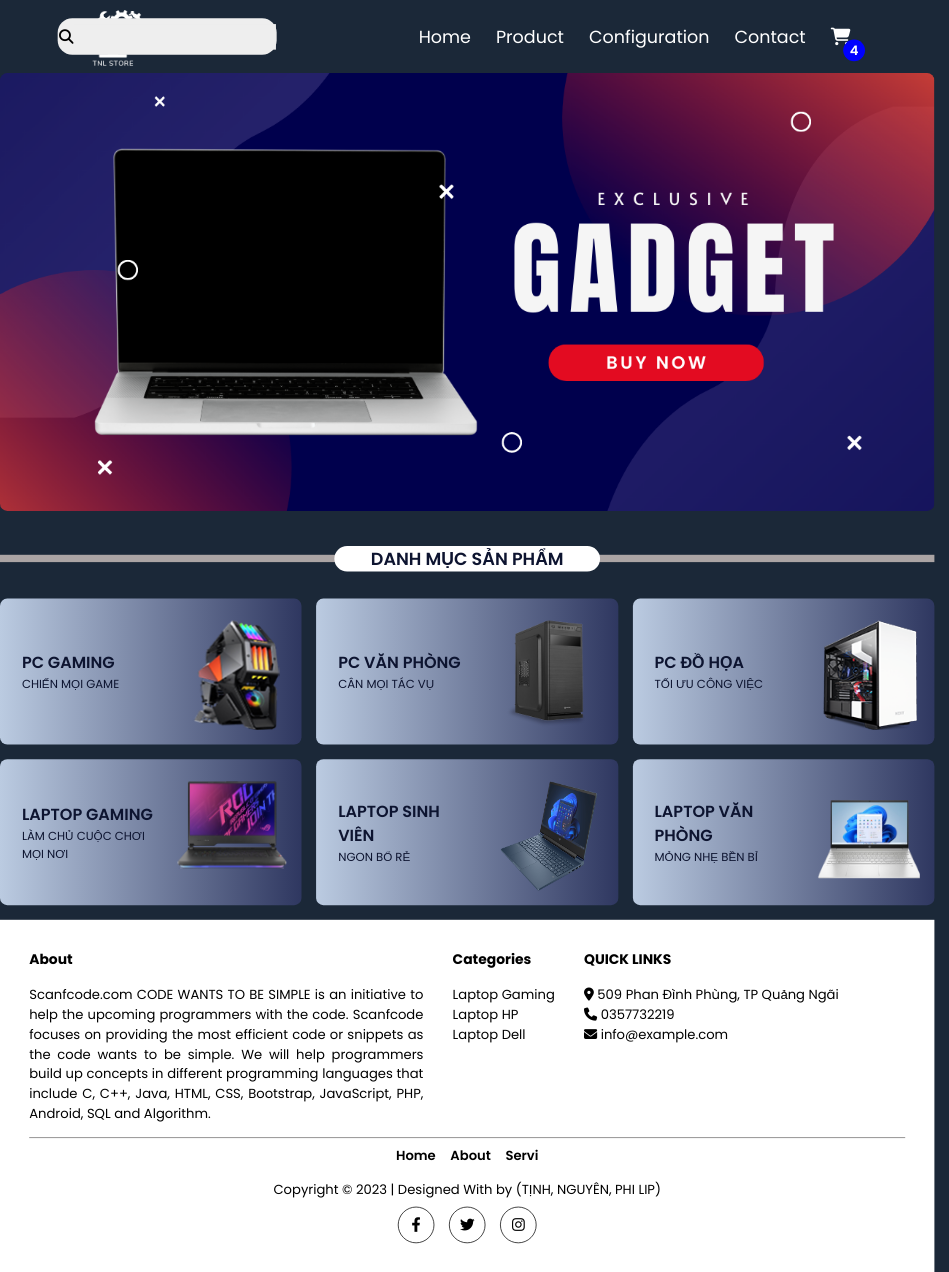
Repository: HPNChanel/DACS
Page: index.html
These files come from the project's save history. The page is drawn as it stood at one moment and after the next save; the edit follows.
The browser window is 1280 px wide. The page is 1300 px wide, so the pictures cover 1300 px, including what lies to the right of the window. The pictures show the whole page, at 73% of full size.

Above is the page before, as saved 2023-04-13 18:19:19.

### index.html
<!DOCTYPE html>
<html lang="en">
    <head>
        <meta charset="UTF-8" />
        <meta http-equiv="X-UA-Compatible" content="IE=edge" />
        <meta name="viewport" content="width=device-width, initial-scale=1.0" />
        <title>TNL Store</title>
        <link rel="stylesheet" href="./style/main.css" />
        <link rel="preconnect" href="https://fonts.googleapis.com" />
        <link rel="preconnect" href="https://fonts.gstatic.com" crossorigin />
        <link
            href="https://fonts.googleapis.com/css2?family=Poppins:ital,wght@0,100;0,200;0,300;0,400;0,500;0,600;0,700;1,100;1,200;1,300;1,400;1,500;1,700&display=swap"
            rel="stylesheet"
        />
        <link
            rel="stylesheet"
            href="https://cdnjs.cloudflare.com/ajax/libs/font-awesome/6.4.0/css/all.min.css"
            integrity="sha512-iecdLmaskl7CVkqkXNQ/ZH/XLlvWZOJyj7Yy7tcenmpD1ypASozpmT/E0iPtmFIB46ZmdtAc9eNBvH0H/ZpiBw=="
            crossorigin="anonymous"
            referrerpolicy="no-referrer"
        />
    </head>
    <body>
        <nav>
            <div class="nav-content">
                <div class="nav-logo">
                    <a href="">
                        <img
                            src="./image/Black Minimalist  Computer Service Logo (2)/5.png"
                            alt=""
                        />
                    </a>
                </div>
                <div class="nav-search">
                    <label for="nav-search">
                        <i class="fa fa-search"></i>
                        <input type="text" id="nav-search" />
                    </label>
                </div>
                <div class="nav-menu">
                    <a href="">Home</a>
                    <a href="">Product</a>
                    <a href="">Configuration</a>
                    <a href="">Contact</a>
                    <a href=""><i class="fa-solid fa-cart-shopping"></i></a>
                </div>
            </div>
        </nav>
        <main>
            <div class="slider">
                <div class="slides">
                    <input type="radio" name="radio-btn" id="radio1" />
                    <input type="radio" name="radio-btn" id="radio2" />
                    <input type="radio" name="radio-btn" id="radio3" />
                    <input type="radio" name="radio-btn" id="radio4" />

                    <div class="slide first">
                        <img src="./image/banner1.png" alt="" />
                    </div>
                    <div class="slide">
                        <img src="./image/banner2.png" alt="" />
                    </div>
                    <div class="slide">
                        <img src="./image/banner3.png" alt="" />
                    </div>
                    <div class="slide">
                        <img src="./image/banner4.png" alt="" />
                    </div>

                    <div class="navigation-auto">
                        <div class="auto-btn1"></div>
                        <div class="auto-btn2"></div>
                        <div class="auto-btn3"></div>
                        <div class="auto-btn4"></div>
                    </div>
                </div>

                <div class="navigation-manual">
                    <label for="radio1" class="munual-btn"></label>
                    <label for="radio2" class="munual-btn"></label>
                    <label for="radio3" class="munual-btn"></label>
                    <label for="radio4" class="munual-btn"></label>
                </div>
            </div>
            <!-- Block của content -->
            <div class="block">
                <div class="block-header">
                    <span class="block-header-title">DANH MỤC SẢN PHẨM</span>
                </div>
                <div class="block-content">
                    <a href="./pc-gaming.html">
                        <div class="text">PC Gaming</div>
                        <div class="text-sub">Chiến mọi game</div>
                        <img src="./image/cat_maytinh_v2.png" alt="" />
                    </a>
                    <a href="./pc-vanphong.html">
                        <div class="text">PC Văn Phòng</div>
                        <div class="text-sub">Cân mọi tác vụ</div>
                        <img src="./image/cat-vanphong.png" alt="" />
                    </a>
                    <a href="./pc-dohoa.html">
                        <div class="text">PC Đồ họa</div>
                        <div class="text-sub">Tối ưu công việc</div>
                        <img src="./image/cat_dohoa_v3.png" alt="" />
                    </a>
                    <a href="./laptop-gaming.html">
                        <div class="text">Laptop Gaming</div>
                        <div class="text-sub">Làm chủ cuộc chơi mọi nơi</div>
                        <img
                            src="./image/cat_ laptop_v2.png"
                            alt=""
                            class="height-image"
                        />
                    </a>
                    <a href="./laptop-sinhvien.html">
                        <div class="text">Laptop sinh viên</div>
                        <div class="text-sub">Ngon bổ rẻ</div>
                        <img src="./image/laptop_sinhvien.png" alt="" />
                    </a>
                    <a href="./laptop-vanphong.html">
                        <div class="text">Laptop Văn Phòng</div>
                        <div class="text-sub">Mỏng nhẹ bền bỉ</div>
                        <img src="./image/cat_laptop_hoctap_v2.png" alt="" />
                    </a>
                </div>
            </div>
        </main>
        <!-- footer -->
        <footer>
            <div class="footer-top">
                <div class="footer-about">
                    <h6>About</h6>
                    <p>
                        Scanfcode.com CODE WANTS TO BE SIMPLE is an initiative
                        to help the upcoming programmers with the code.
                        Scanfcode focuses on providing the most efficient code
                        or snippets as the code wants to be simple. We will help
                        programmers build up concepts in different programming
                        languages that include C, C++, Java, HTML, CSS,
                        Bootstrap, JavaScript, PHP, Android, SQL and Algorithm.
                    </p>
                </div>
                <div class="footer-categories">
                    <h6>Categories</h6>
                    <a href=""><p>Laptop Gaming</p></a>
                    <a href=""><p>Laptop HP</p></a>
                    <a href=""><p>Laptop Dell</p></a>
                </div>
                <div class="footer-quickLinks">
                    <h6>QUICK LINKS</h6>
                    <p>
                        <i class="fa-sharp fa-solid fa-location-dot"> </i> 509
                        Phan Đình Phùng, TP Quảng Ngãi
                    </p>
                    <p><i class="fa fa-phone"></i> 0357732219</p>
                    <p><i class="fa-solid fa-envelope"></i> info@example.com</p>
                </div>
            </div>
            <div class="footer-bottom">
                <div class="footer-nav">
                    <a href=""> <p>Home</p> </a>
                    <a href=""> <p>About</p> </a>
                    <a href=""> <p>Servi</p> </a>
                </div>
                <p>
                    Copyright © 2023 | Designed With by (TỊNH, NGUYÊN, PHI LIP)
                </p>
                <div class="footer-icon-about">
                    <a href="">
                        <i class="fa-brands fa-facebook-f"></i>
                    </a>
                    <a href="">
                        <i class="fa-brands fa-twitter"></i>
                    </a>
                    <a href="">
                        <i class="fa-brands fa-instagram"></i>
                    </a>
                </div>
            </div>
        </footer>
        <script src="main.js"></script>
    </body>
</html>

### style/main.css
* {
    margin: 0;
    padding: 0;
    box-sizing: border-box;
    list-style: none;
    text-decoration: none;
}
html {
    font-size: 62.5%;
}
body {
    font-family: "Poppins", sans-serif;
    font-size: 1.6rem;
    margin: 0 auto;
    width: 100vw;
    background-color: #1b2838;
}
/* NAV */
main {
    width: 1280px;
    margin: 0 auto;
    margin-top: 100px;
}
nav {
    width: 100vw;
    height: 100px;
    position: fixed;
    top: 0;
    left: 0;
    background-color: #1b2838;
    z-index: 2;
    display: flex;
    align-items: center;
}
.nav-content {
    width: 100%;
    display: flex;
    align-items: center;
    justify-content: space-between;
    margin: 0 100px;
}
.nav-logo {
    width: 100px;
    height: 100px;
    object-fit: cover;
}
.nav-logo img {
    width: 100%;
    height: 100%;
}
.nav-search label {
    display: flex;
    align-items: center;
    justify-content: center;
    width: 300px;
    height: 50px;
    background-color: #eee;
    border-radius: 20px;
    cursor: pointer;
    margin-left: -300px;
}
.nav-search i {
    font-size: 20px;
}
.nav-search input {
    padding: 5px 30px 5px 15px;
    outline: none;
    background-color: inherit;
    border: none;
    font-size: 18px;
    line-height: 25px;
}
.nav-menu a {
    font-size: 24px;
    color: white;
    margin: 0 15px;
}
.nav-menu a:not(:last-child):hover {
    border-bottom: 3px solid #eee;
}
.nav-menu a:nth-child(5) {
    position: relative;
}
.nav-menu a:nth-child(5)::before {
    content: "4";
    position: absolute;
    top: 20px;
    right: -20px;
    font-size: 18px;
    font-weight: 600;
    width: 30px;
    height: 30px;
    color: white;
    background-color: blue;
    border-radius: 50%;
    display: flex;
    justify-content: center;
    align-items: center;
}
/* END NAV */
.slider {
    width: 1280px;
    height: 60rem;
    border-radius: 10px;
    overflow: hidden;
}
.slides {
    width: 500%;
    height: 50rem;
    display: flex;
}
.slides input {
    display: none;
}
.slide {
    width: 20%;
    transition: 2s;
}
.slide img {
    width: 1280px;
    height: 600px;
}

.navigation-manual {
    position: absolute;
    width: 1280px;
    display: flex;
    justify-content: center;
    margin-top: 40px;
}
.munual-btn {
    border: 2px solid var(--slide-background-color);
    padding: 5px;
    border-radius: 10px;
    cursor: pointer;
    transition: 1s;
}
.munual-btn:not(:last-child) {
    margin-right: 10px;
}
.munual-btn:hover {
    background-color: var(--slide-background-color);
}

#radio1:checked ~ .first {
    margin-left: 0;
}
#radio2:checked ~ .first {
    margin-left: -20%;
}
#radio3:checked ~ .first {
    margin-left: -40%;
}
#radio4:checked ~ .first {
    margin-left: -60%;
}

.navigation-auto {
    position: absolute;
    display: flex;
    width: 1280px;
    justify-content: center;
    margin-top: 540px;
}
.navigation-auto div {
    border: 2px solid var(--slide-background-color);
    padding: 5px;
    border-radius: 10px;
    transition: 1s;
}
.navigation-auto div:not(:last-child) {
    margin-right: 10px;
}

#radio1:checked ~ .navigation-auto .auto-btn1 {
    background-color: var(--slide-background-color);
}
#radio2:checked ~ .navigation-auto .auto-btn2 {
    background-color: var(--slide-background-color);
}
#radio3:checked ~ .navigation-auto .auto-btn3 {
    background-color: var(--slide-background-color);
}
#radio4:checked ~ .navigation-auto .auto-btn4 {
    background-color: var(--slide-background-color);
}

.block {
    margin-top: 60px;
}
.block-header {
    display: flex;
    align-items: center;
    justify-content: center;
    background-color: #aba4a4;
    height: 10px;
}
.block-header-title {
    position: relative;
    padding-left: 50px;
    padding-right: 50px;
    background-color: white;
    font-weight: 600;
    border-radius: 30px;
    font-size: 2.4rem;
    color: #0d1430;
}
.block-content {
    margin-top: 50px;
    display: flex;
    flex-wrap: wrap;
    margin-right: -2rem;
}
.block-content a {
    width: calc(33.33% - 2rem);
    height: 20rem;
    display: flex;
    flex-direction: column;
    align-items: flex-start;
    justify-content: center;
    margin-right: 2rem;
    margin-bottom: 2rem;
    padding-left: 30px;
    background: linear-gradient(to right, #bbcbe1 0, #313965e4 100%);
    position: relative;
    border-radius: 10px;
}
.block-content .text,
.block-content .text-sub {
    text-transform: uppercase;
    color: #0d1430;
    width: 50%;
}
.block-content .text {
    font-weight: 600;
    font-size: 2.2rem;
}
.block-content img {
    position: absolute;
    top: 3rem;
    right: 2rem;
    width: 15rem;
    height: 15rem;
    /* box-shadow: 10px 10px 10px red; */
}
.block-content .height-image {
    height: 12rem;
}
.block-content a:hover {
    scale: 1.05;
    transition: all 0.2s ease-in-out;
    box-shadow: 0px 0 10px 5px #dce5f3;
}

/* Footer*/
footer {
    width: 100%;
    background-color: white;
    padding: 40px;
}
.footer-top {
    display: flex;
    color: black;
    font-size: 18px;
    border-bottom: 1px solid #6f6d6d;
    padding-bottom: 20px;
}
.footer-about {
    width: 45%;
    margin-right: 40px;
}
.footer-about p {
    text-align: justify;
}
h6 {
    font-size: 19px;
    font-weight: 700;
    margin-bottom: 20px;
}

.footer-categories a {
    color: black;
}
.footer-categories {
    margin-right: 40px;
}
.footer-bottom {
    display: flex;
    align-items: center;
    flex-direction: column;
}
.footer-nav {
    display: flex;
    flex-direction: row;
}
.footer-nav a {
    font-size: 18px;
    color: black;
    font-weight: 600;
    margin: 10px;
}
.footer-bottom p {
    font-size: 18px;
    margin-bottom: 10px;
}
.footer-icon-about {
    font-size: 20px;
    display: flex;
    flex-direction: row;
}
.footer-icon-about a {
    display: inline-block;
    width: 50px;
    border: 1px solid black;
    border-radius: 50%;
    height: 50px;
    display: flex;
    align-items: center;
    justify-content: center;
    /* margin: top right bottom left */
    margin: 0 10px;
}
.footer-icon-about i {
    color: black;
}

### main.js
var counter = 1;
setInterval(function () {
  document.getElementById("radio" + counter).checked = true;
  counter++;
  if (counter > 4) {
    counter = 1;
  }
}, 5000);

After the next save:
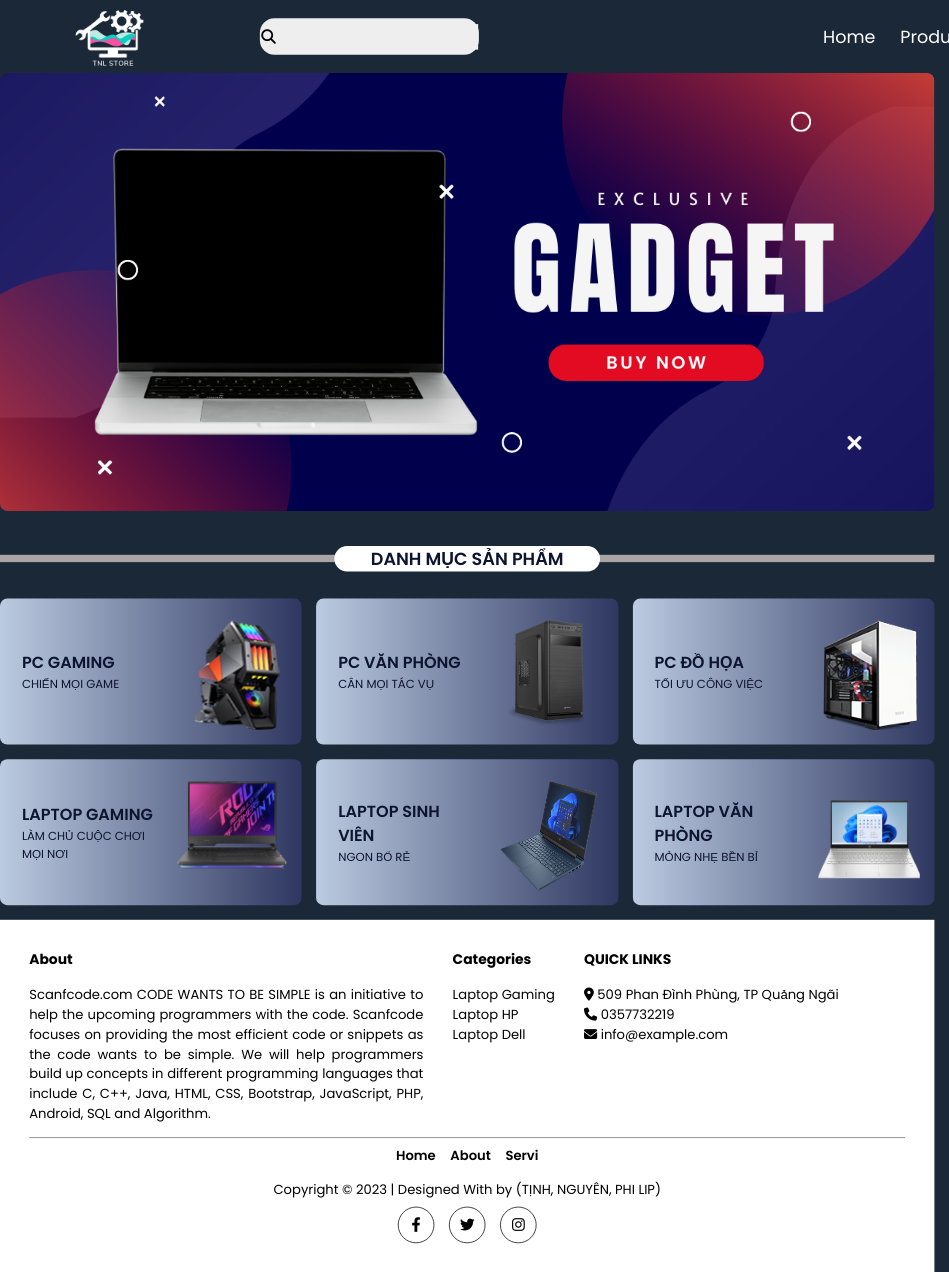
Saved 21 s later.
--- a/style/main.css
+++ b/style/main.css
@@ -22,7 +22,7 @@
     margin-top: 100px;
 }
 nav {
-    width: 100vw;
+    width: 1834px;
     height: 100px;
     position: fixed;
     top: 0;

After the save that followed:
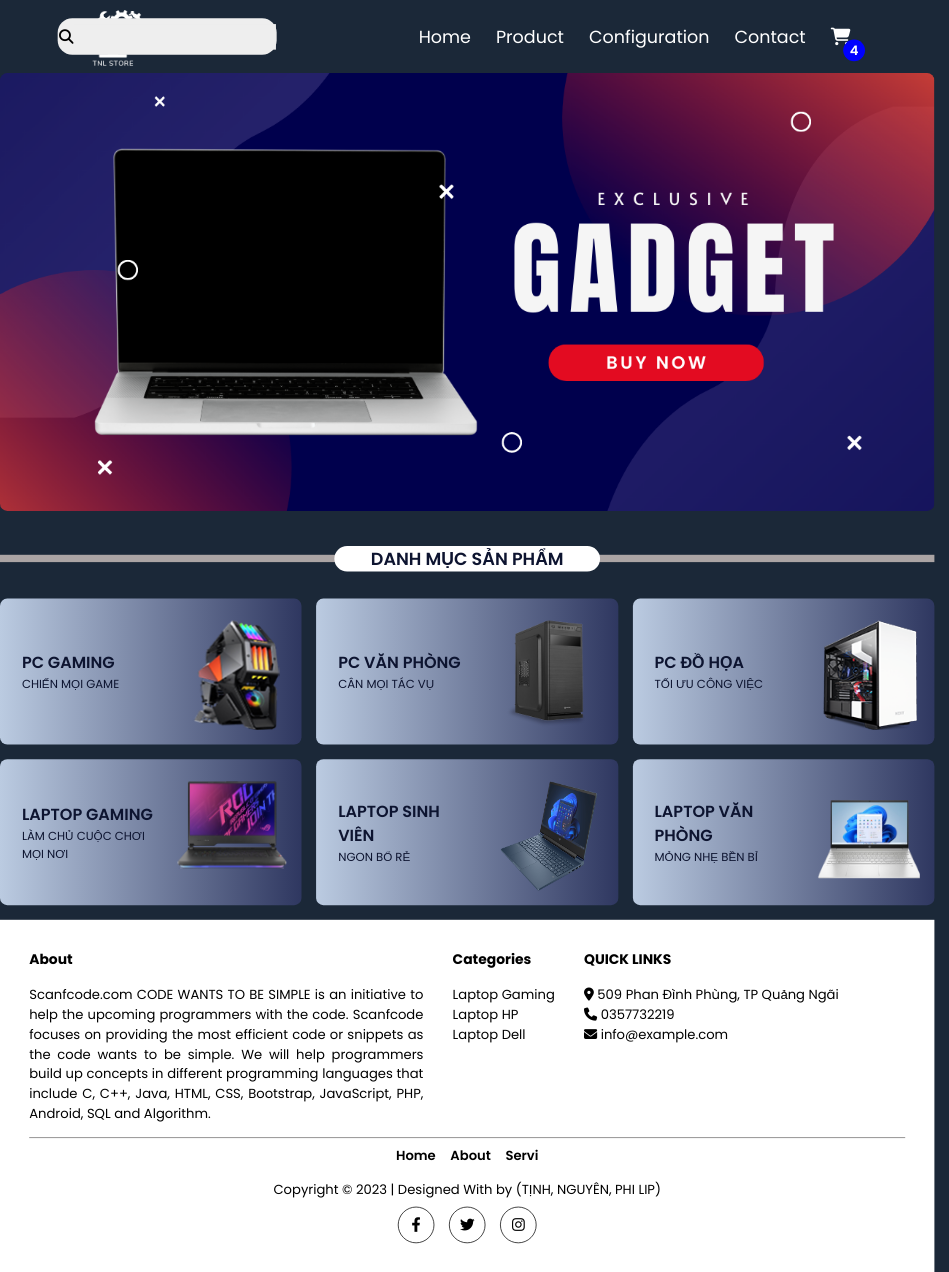
Saved 28 s later.
--- a/style/main.css
+++ b/style/main.css
@@ -14,6 +14,7 @@
     margin: 0 auto;
     width: 100vw;
     background-color: #1b2838;
+    width: 100vw;
 }
 /* NAV */
 main {
@@ -22,7 +23,7 @@
     margin-top: 100px;
 }
 nav {
-    width: 1834px;
+    width: 100vw;
     height: 100px;
     position: fixed;
     top: 0;
